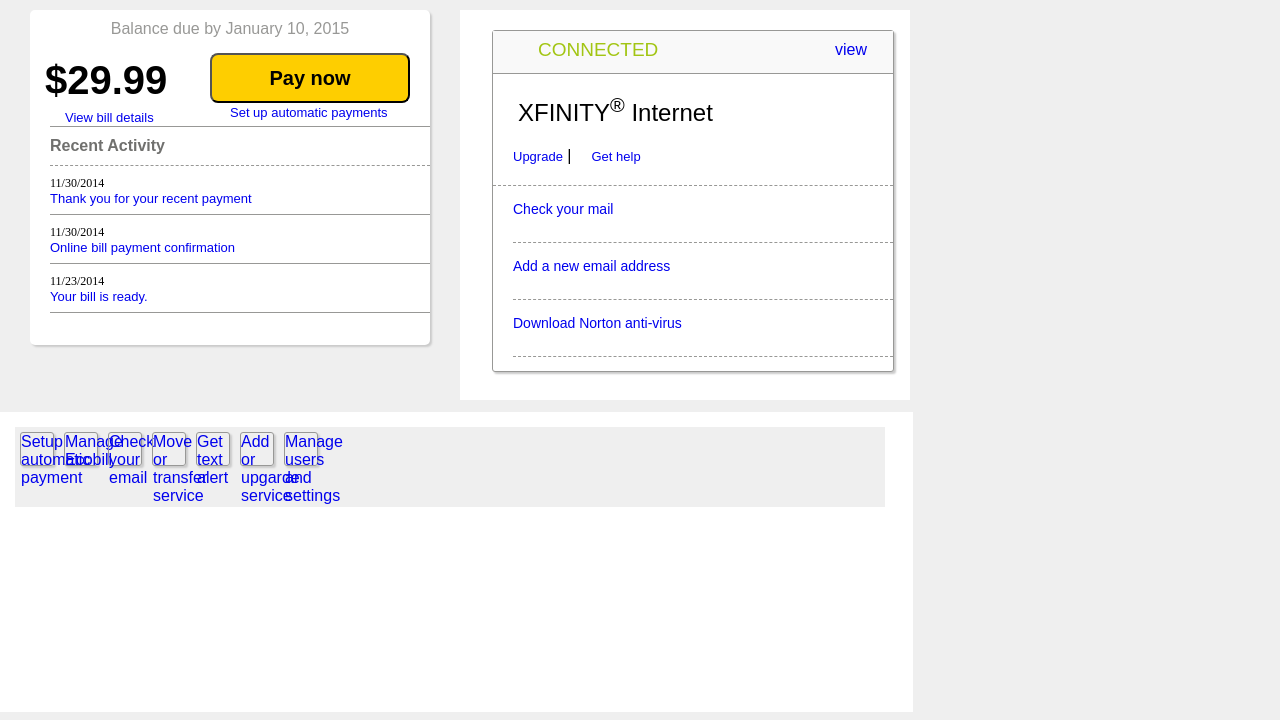
Repository: Sakivaday/UI-TSQ
Page: Aptana Studio 3 Workspace/tsq/assignment3/comcast.html
An editor plug-in stored every save of this project. The page is shown before and after the next save, followed by the edit.
The browser window is 1280 px wide. The pictures show the whole page.
Pictures or frames that could not be fetched are drawn as grey boxes.

Above is the page before, as saved 2015-01-20 05:29:41.

After the next save:
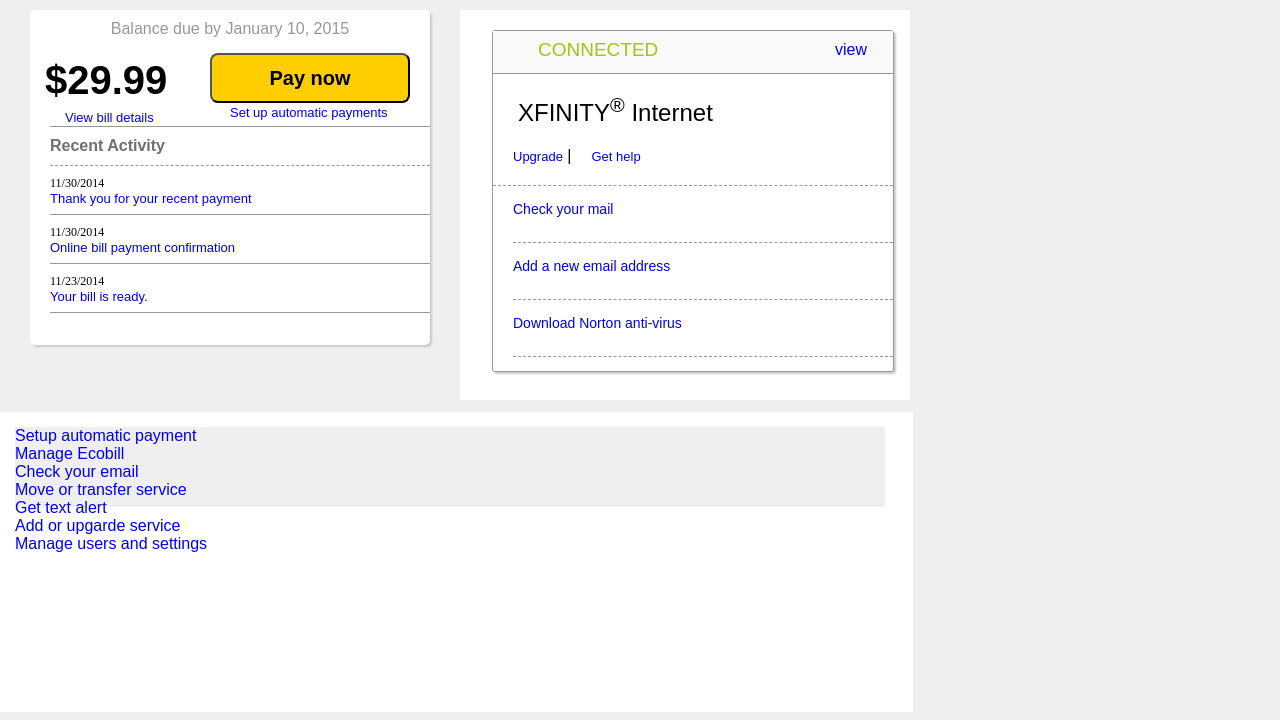
Saved 70 s later.
--- a/Aptana Studio 3 Workspace/tsq/assignment3/comcast.html
+++ b/Aptana Studio 3 Workspace/tsq/assignment3/comcast.html
@@ -69,13 +69,13 @@
 
 <div class="bottom">
 	<div class="rectbox">
-		<div class="tickmark box"><a href="#">Setup automatic payment</a></div>
-		<div class="tickmark box"><a href="#">Manage Ecobill</a></div>
-		<div class="tickmark box"><a href="#">Check your email</a></div>
-		<div class="tickmark box"><a href="#">Move or transfer service</a></div>
-		<div class="tickmark box"><a href="#">Get text alert</a></div>
-		<div class="tickmark box"><a href="#">Add or upgarde service</a></div>
-		<div class="tickmark box"><a href="#">Manage users and settings</a></div>
+		<div class="tickmarkbox"><a href="#">Setup automatic payment</a></div>
+		<div class="tickmarkbox"><a href="#">Manage Ecobill</a></div>
+		<div class="tickmarkbox"><a href="#">Check your email</a></div>
+		<div class="tickmarkbox"><a href="#">Move or transfer service</a></div>
+		<div class="tickmarkbox"><a href="#">Get text alert</a></div>
+		<div class="tickmarkbox"><a href="#">Add or upgarde service</a></div>
+		<div class="tickmarkbox"><a href="#">Manage users and settings</a></div>
 
 
 	</div>
